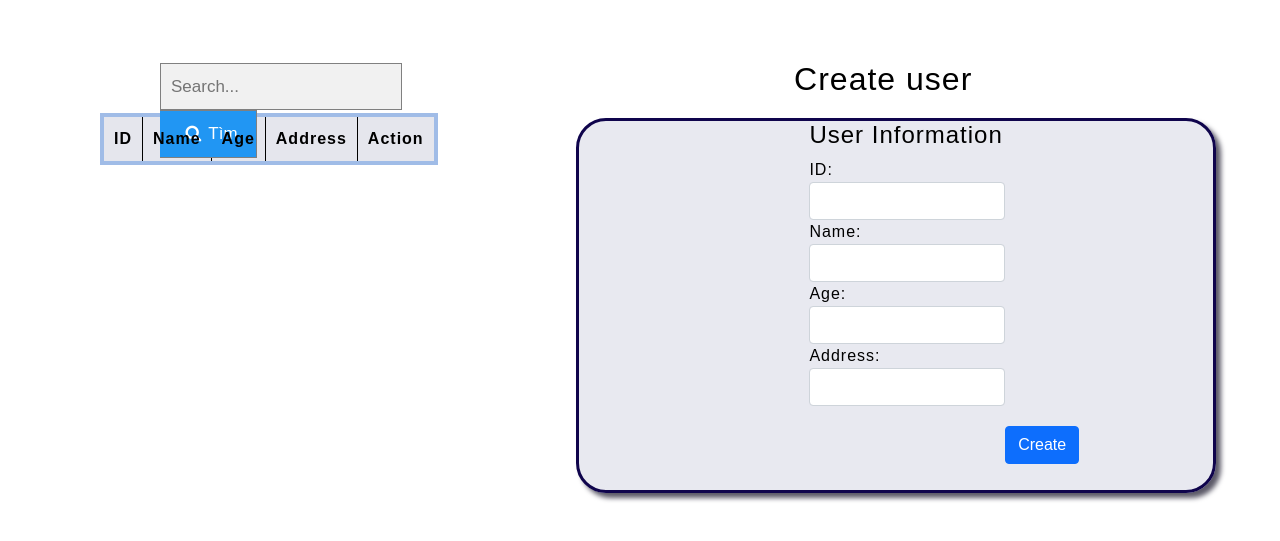
Repository: minhtuan16/JS-Basic
Page: CRUD-Department/create.html
An editor plug-in stored every save of this project. The page is shown before and after the next save, followed by the edit.
The browser window is 1280 px wide. The pictures show the whole page.

Above is the page before, as saved 2022-06-09 00:51:54.

After the next save:
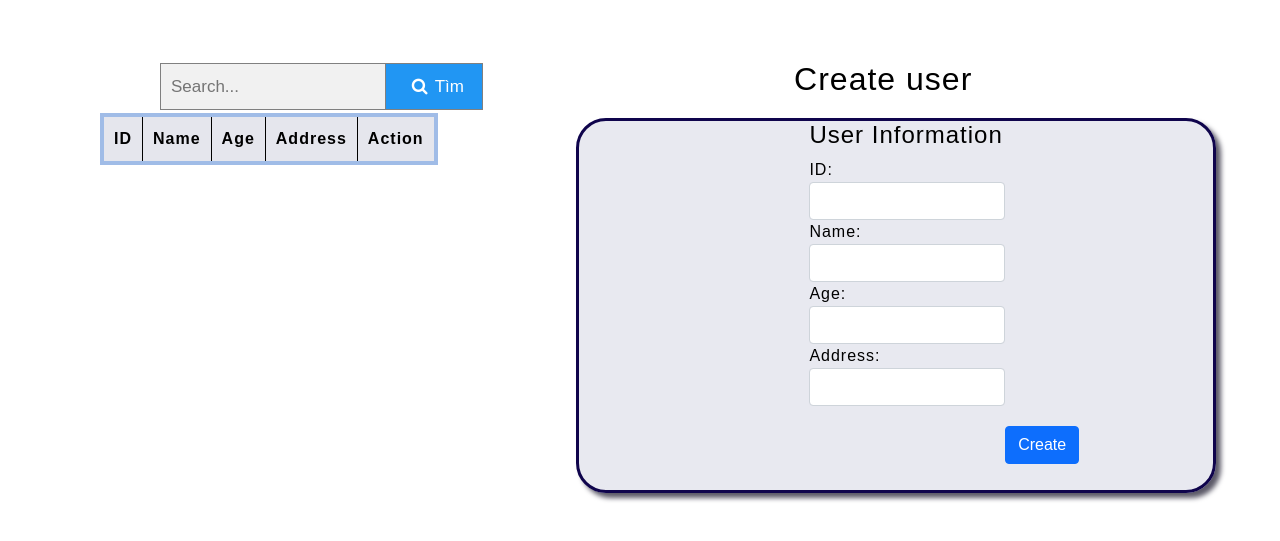
Saved 4 s later.
--- a/CRUD-Department/styles/search.css
+++ b/CRUD-Department/styles/search.css
@@ -13,7 +13,7 @@ body {
     font-size: 17px;
     border: 1px solid grey;
     float: left;
-    width: 75%;
+    width: 70%;
     background: #f1f1f1;
 }
 
